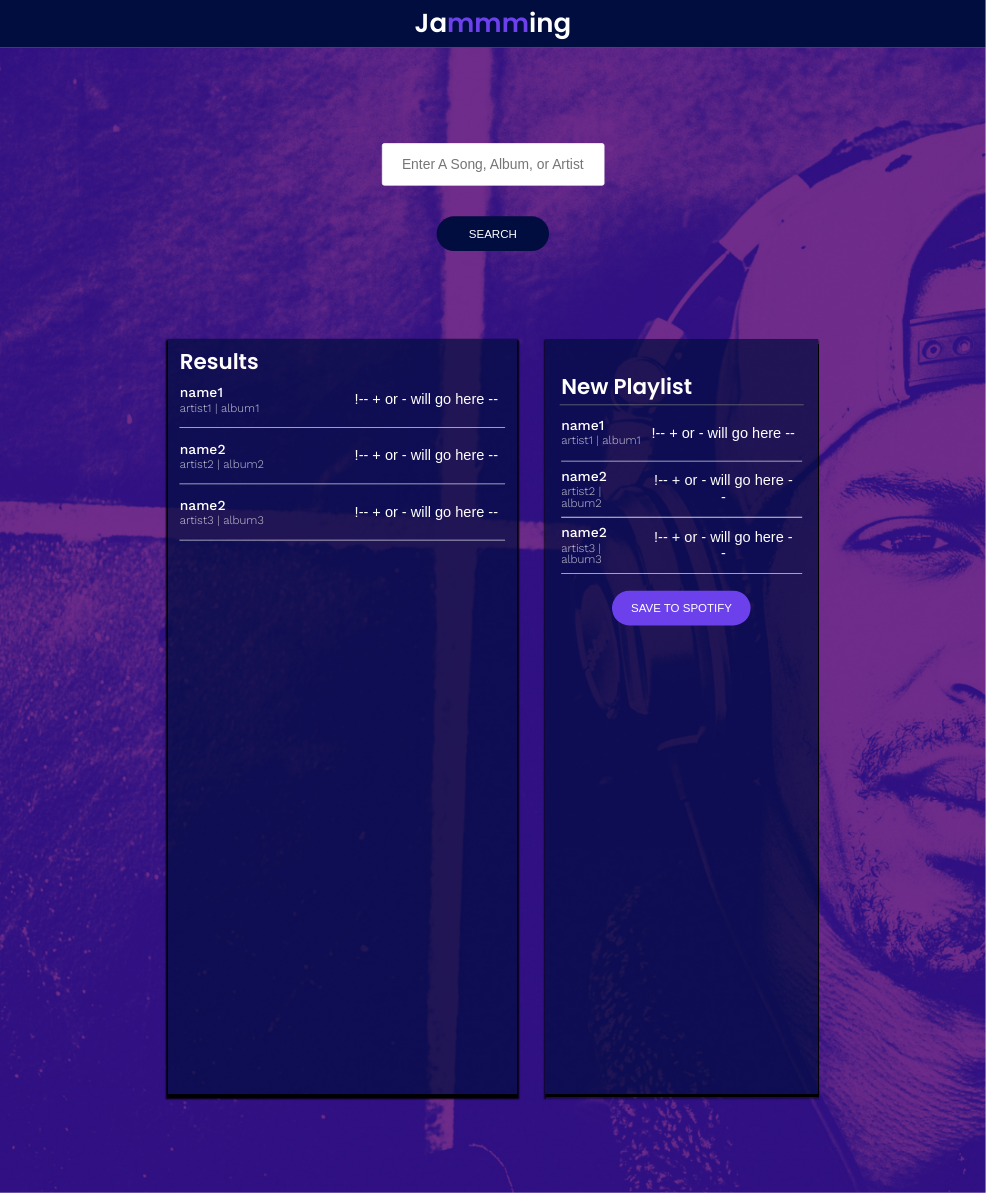
Repository: Haviles04/jammming
Page: /
An editor plug-in stored every save of this project. The page is shown before and after the next save, followed by the edit.
The browser window is 1280 px wide. The pictures show the whole page, at 77% of full size.
The project was rebuilt for these pictures with package versions that can differ from the ones it lists, and the page was loaded fresh each time.

Above is the page before, as saved 2022-10-26 11:10:15.

### public/index.html
<!DOCTYPE html>
<html lang="en">
  <head>
    <meta charset="utf-8" />

    <meta name="viewport" content="width=device-width, initial-scale=1" />
    <meta name="theme-color" content="#000000" />
    <meta
      name="Jammming"
      content="A Codecademy Project built using the spotify APO"
    />
    <link rel="stylesheet" href="./reset.css" />
    <link rel="preconnect" href="https://fonts.googleapis.com" />
    <link rel="preconnect" href="https://fonts.gstatic.com" crossorigin />
    <link
      href="https://fonts.googleapis.com/css2?family=Poppins:wght@600&family=Work+Sans:wght@300;500&display=swap"
      rel="stylesheet"
    />

    <link rel="manifest" href="%PUBLIC_URL%/manifest.json" />
    <!--
      Notice the use of %PUBLIC_URL% in the tags above.
      It will be replaced with the URL of the `public` folder during the build.
      Only files inside the `public` folder can be referenced from the HTML.

      Unlike "/favicon.ico" or "favicon.ico", "%PUBLIC_URL%/favicon.ico" will
      work correctly both with client-side routing and a non-root public URL.
      Learn how to configure a non-root public URL by running `npm run build`.
    -->
    <title>Jammming</title>
  </head>
  <body>
    <noscript>You need to enable JavaScript to run this app.</noscript>
    <div id="root"></div>
    <!--
      This HTML file is a template.
      If you open it directly in the browser, you will see an empty page.

      You can add webfonts, meta tags, or analytics to this file.
      The build step will place the bundled scripts into the <body> tag.

      To begin the development, run `npm start` or `yarn start`.
      To create a production bundle, use `npm run build` or `yarn build`.
    -->
  </body>
</html>

### src/components/App/App.js
import React from "react";
import "./App.css";
import SearchBar from "../SearchBar/SearchBar";
import SearchResult from "../SearchResults/SearchResults";
import Playlist from "../Playlist/Playlist";

class App extends React.Component {
  constructor(props) {
    super(props);

    this.state = {
      searchResults:[
        { name: "name1", artist: "artist1", album: "album1", id: 1 },
        { name: "name2", artist: "artist2", album: "album2", id: 2 },
        { name: "name2", artist: "artist3", album: "album3", id: 3 },
      ],
    };

  }

  render() {
    return (
      <div>
        <h1>
          Ja<span className="highlight">mmm</span>ing
        </h1>
        <div className="App">
          <SearchBar />
          <div className="App-playlist">
            <SearchResult searchResults={this.state.searchResults}/>
            <Playlist searchResults={this.state.searchResults} />
          </div>
        </div>
      </div>
    );
  }
}
export default App;

### src/components/App/App.css
body,
html,
#root {
  height: 100%;
}

html {
  font-size: 18px;
}

h1 {
  padding: .77rem 0;
  background-color: #010c3f;
  text-align: center;
  font-family: 'Poppins', sans-serif;
  font-size: 1.88rem;
  color: #fff;
  margin: 0;
}

h1 .highlight {
  color: #6c41ec;
}

h2 {
  font-family: 'Poppins', sans-serif;
  font-size: 1.55rem;
}

.App {
  height: 100%;
  padding: 0 17% 10% 17%;
  background-image: url('./background_photo_desktop.jpg');
  background-size: cover;
  background-position: center;
  background-repeat: no-repeat;
  font-family: 'Work Sans', sans-serif;
  font-weight: 500;
  color: #fff;
}

.App-playlist {
  display: flex;
  justify-content: space-between;
  width: 100%;
}

@media only screen and (max-width: 1020px) {
  .App-playlist {
    align-items: center;
    flex-direction: column;
  }
}

### src/components/SearchBar/SearchBar.js
import React from "react";
import './SearchBar.css'
class SearchBar extends React.Component {
  render(){
  return (
    <div className="SearchBar">
      <input placeholder="Enter A Song, Album, or Artist" />
      <button className="SearchButton">SEARCH</button>
    </div>
  );
}
}
export default SearchBar;

### src/components/SearchResults/SearchResults.js
import React from "react";
import TrackList from "../TrackList/TrackList";
import './SearchResults.css'

class SearchResults extends React.Component{
  render(){
  return (
    <div className="SearchResults">
      <h2>Results</h2>
      <TrackList tracks={this.props.searchResults}/>
    </div>
  );
}
}
export default SearchResults;

### src/components/Playlist/Playlist.js
import React from "react";
import './Playlist.css'
import TrackList from "../TrackList/TrackList";
class Playlist extends React.Component {
  render(){
  return (
    <div className="Playlist">
      <input value="New Playlist" />
      <TrackList tracks={this.props.searchResults} />
      <button className="Playlist-save">SAVE TO SPOTIFY</button>
    </div>
  );
}
}
export default Playlist;

### src/components/SearchBar/SearchBar.css
.SearchBar {
    display: flex;
    flex-direction: column;
    align-items: center;
    padding-top: 6.94rem;
    margin-bottom: 6.33rem;
  }

  .SearchBar input {
    width: 287px;
    padding: .88rem 0;
    border: 1px solid #fff;
    border-radius: 3px;
    margin-bottom: 2.22rem;
    color: #010c3f;
    text-align: center;
    font-size: 1rem;
  }

  .SearchBar input:focus {
    outline: none;
  }

  .SearchButton {
    cursor: pointer;
    width: 8.11rem;
    padding: .77rem 0;
    border-radius: 54px;
    background-color: #010c3f;
    text-align: center;
    font-size: .833rem;
    transition: background-color .25s;
    border: 0px;
    color: #fff;
    font-weight: 500;
  }

  .SearchButton:hover {
    background-color: rgba(108, 65, 233, .7);
  }

### src/components/TrackList/TrackList.js
import React from "react";
import Track from "../Track/Track";

import "./TrackList.css";
class TrackList extends React.Component {
  render() {
    return (
      <div className="TrackList">
        {this.props.tracks.map( (track) => {
          return <Track track={track} id={track.id}/>
        })}
      </div>
    )
  }
}
export default TrackList;

### src/components/Playlist/Playlist.css
.Playlist {
    display: flex;
    flex-direction: column;
    align-items: center;
    overflow-y: scroll;
    width: 37%;
    max-height: 950px;
    padding: 2.27rem 1.16rem;
    background-color: rgba(1, 12, 63, 0.7);
    box-shadow: 0 4px 2px 2px #000000;
  }

  .Playlist input {
    width: 100%;
    border: 0;
    outline: 0;
    background: transparent;
    border-bottom: 1px solid #6f6f6f;
    font-family: 'Poppins', sans-serif;
    font-size: 1.55rem;
    color: #fff;
  }

  .Playlist-save {
    cursor: pointer;
    width: 10rem;
    padding: .77rem 0;
    border-radius: 54px;
    border-width: 0px;
    margin-top: 1.27rem;
    background-color: #6c41ec;
    text-align: center;
    font-size: .83rem;
    transition: background-color .25s;
    color: #fff;
    font-weight: 500;
  }

  .Playlist-save:hover {
    background-color: rgba(108, 65, 233, .7);
  }

  ::-webkit-scrollbar {
      width: 0px;
      background: transparent;
  }

  @media only screen and (max-width: 1020px) {
    .Playlist {
      width: 90%;
    }
  }

### src/components/Track/Track.jsx
import React from "react";
import './Track.css'

class Track extends React.Component{
  render(){
  return (
    <div className="Track">
      <div className="Track-information">
        <h3>{this.props.track.name}</h3>
        <p>{this.props.track.artist} | {this.props.track.album}</p>
      </div>
      <button className="Track-action">!-- + or - will go here --</button>
    </div>
  );
}
}
export default Track;

Loaded but not shown: src/index.js (common file); src/index.css (common file); src/reportWebVitals.js (common file); src/components/SearchResults/SearchResults.css (common file); src/components/TrackList/TrackList.css (common file); src/components/Track/Track.css (common file); public/reset.css (common file)

After the next save:
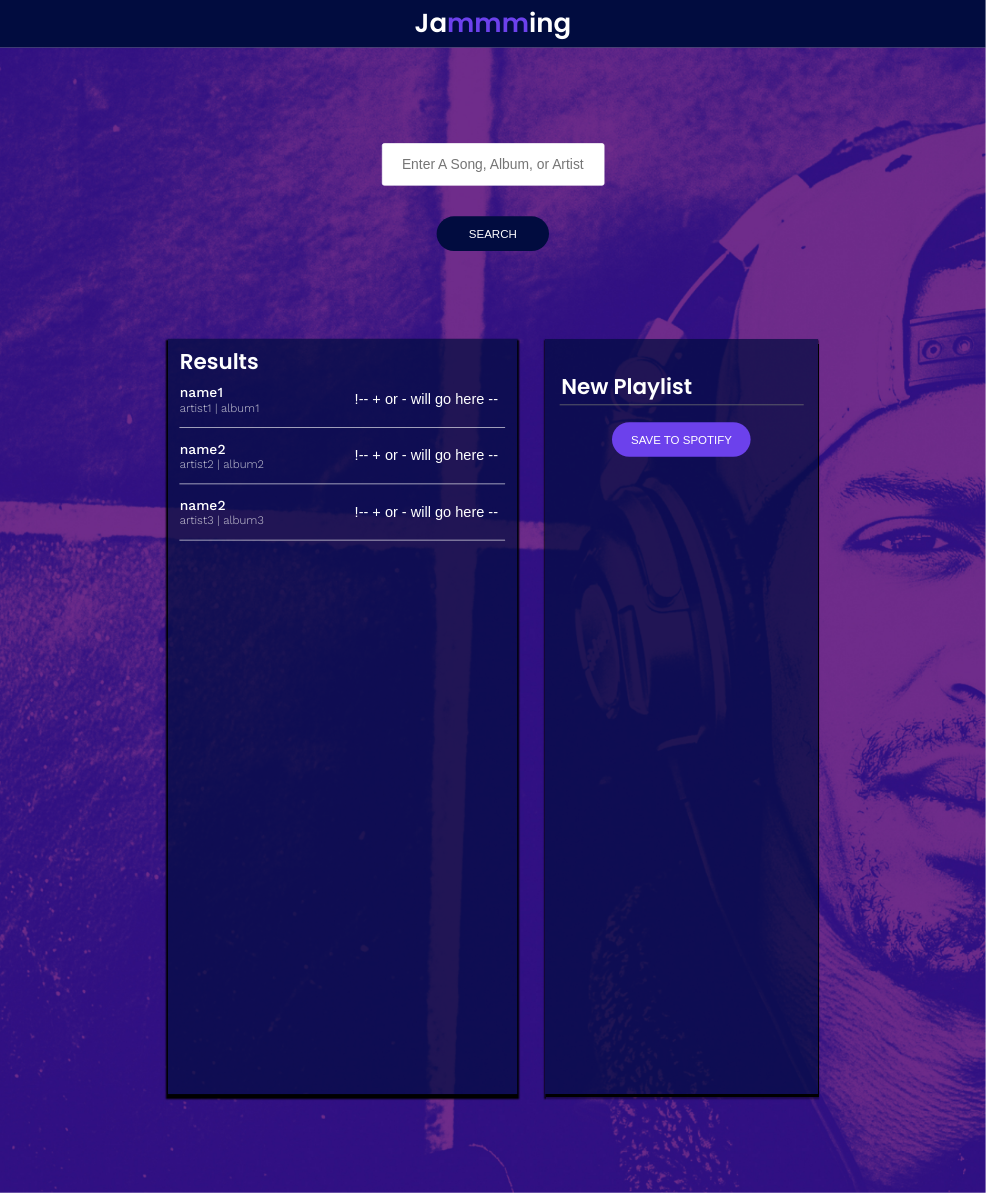
Saved 10 min 13 s later.
--- a/src/components/Playlist/Playlist.js
+++ b/src/components/Playlist/Playlist.js
@@ -6,7 +6,7 @@ class Playlist extends React.Component {
   return (
     <div className="Playlist">
       <input value="New Playlist" />
-      <TrackList tracks={this.props.searchResults} />
+      <TrackList tracks={[]} />
       <button className="Playlist-save">SAVE TO SPOTIFY</button>
     </div>
   );
